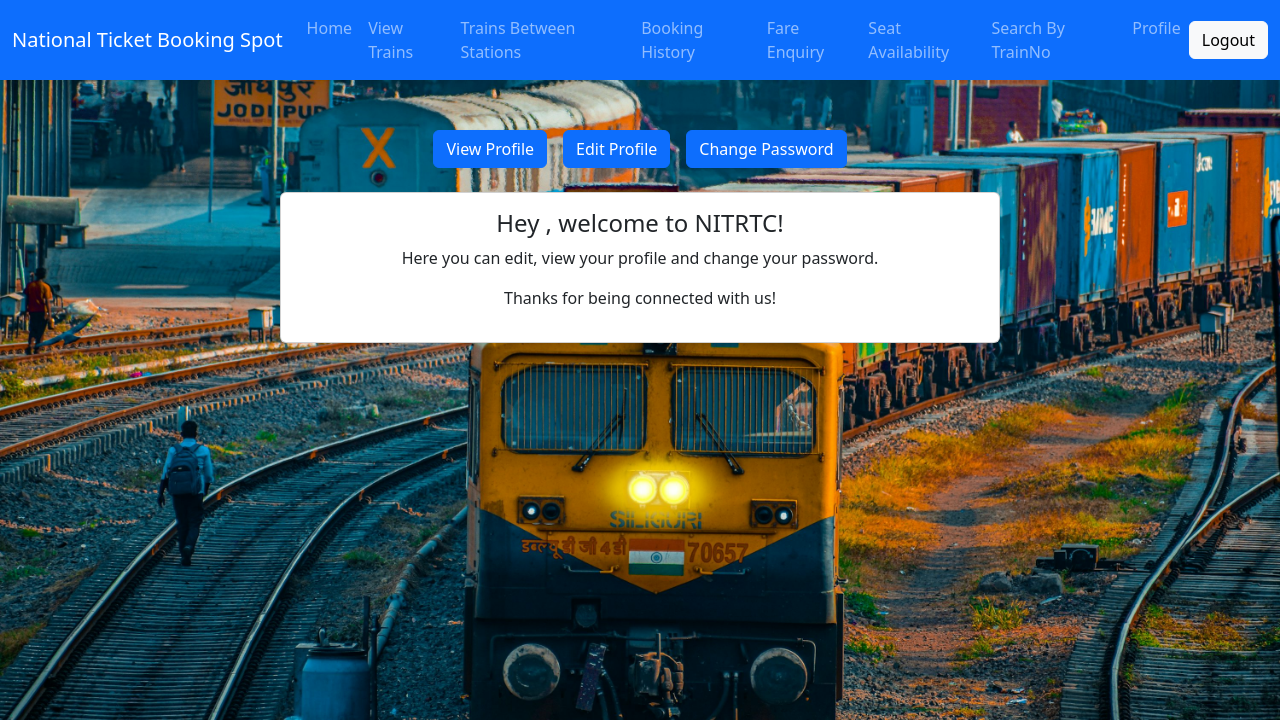
Repository: PrathamSahani/TMS-Sprint2
Page: http://localhost/TMS/UserHome.jsp
The author's editor kept a copy of each file at every save. The page is drawn from the files as they stood at one save, then again after the next save.
The browser window is 1280 px wide. The pictures show the whole page.
The page is served by Tomcat 10. Other server files are loaded and not shown.

Above is the page before, as saved 2025-04-25 19:03:11.

### Update/TMS/src/main/webapp/UserHome.jsp
<%@ page language="java" contentType="text/html; charset=UTF-8" pageEncoding="UTF-8"%>
<!DOCTYPE html>
<html>
<head>
  <meta charset="UTF-8">
  <title>Profile - National Ticket Booking Spot</title>
  <link href="https://cdn.jsdelivr.net/npm/bootstrap@5.3.0/dist/css/bootstrap.min.css" rel="stylesheet">
</head>
  <style>
    body {
      background: url('<%= request.getContextPath() %>/OP.jpeg') no-repeat center center fixed;
      background-size: cover;
    }
  </style>

<body class="d-flex flex-column min-vh-100">
  <!-- Navbar -->
  <nav class="navbar navbar-expand-lg navbar-dark bg-primary">
    <div class="container-fluid">
      <a class="navbar-brand" href="#">National Ticket Booking Spot</a>
      <button class="navbar-toggler" type="button" data-bs-toggle="collapse" data-bs-target="#navbarNav">
        <span class="navbar-toggler-icon"></span>
      </button>
      <div class="collapse navbar-collapse" id="navbarNav">
        <ul class="navbar-nav me-auto mb-2 mb-lg-0">
          <li class="nav-item"><a class="nav-link" href="${pageContext.request.contextPath}/userhome">Home</a></li>
          <li class="nav-item"><a class="nav-link" href="${pageContext.request.contextPath}/userviewtrainfwd">View Trains</a></li>
          <li class="nav-item"><a class="nav-link" href="${pageContext.request.contextPath}/trainbwstnfwd">Trains Between Stations</a></li>
          <li class="nav-item"><a class="nav-link" href="${pageContext.request.contextPath}/bookingdetails">Booking History</a></li>
          <li class="nav-item"><a class="nav-link" href="${pageContext.request.contextPath}/fareenqfwd">Fare Enquiry</a></li>
          <li class="nav-item"><a class="nav-link" href="${pageContext.request.contextPath}/useravailfwd">Seat Availability</a></li>
          <li class="nav-item"><a class="nav-link" href="${pageContext.request.contextPath}/usersearchtrain">Search By TrainNo</a></li>
          <li class="nav-item"><a class="nav-link" href="${pageContext.request.contextPath}/userhome">Profile</a></li>
        </ul>
        <div class="d-flex">
          <a class="btn btn-light" href="${pageContext.request.contextPath}/userlogout">Logout</a>
        </div>
      </div>
    </div>
  </nav>

  <main class="flex-fill">
    <div class="container d-flex flex-column justify-content-center align-items-center" style="margin-top:50px">
      <!-- optional alert -->


      <!-- action buttons -->
      <div class='d-flex justify-content-center mb-4 w-100'>
        <a href='${pageContext.request.contextPath}/viewuserprofile' class='btn btn-primary mx-2'>View Profile</a>
        <a href='${pageContext.request.contextPath}/edituserprofile' class='btn btn-primary mx-2'>Edit Profile</a>
        <a href='${pageContext.request.contextPath}/changeuserpassword' class='btn btn-primary mx-2'>Change Password</a>
      </div>

      <!-- welcome card -->
      <div class='row justify-content-center w-100'>
        <div class='col-md-8'>
          <div class='card shadow-sm'>
            <div class='card-body text-center'>
              <h4>Hey ${userName}, welcome to NITRTC!</h4>
              <p>Here you can edit, view your profile and change your password.</p>
              <p>Thanks for being connected with us!</p>
            </div>
          </div>
        </div>
      </div>
    </div>
  </main>

 <br><br>

  <script src="https://cdn.jsdelivr.net/npm/bootstrap@5.3.0/dist/js/bootstrap.bundle.min.js"></script>
</body>
</html>

After the next save:
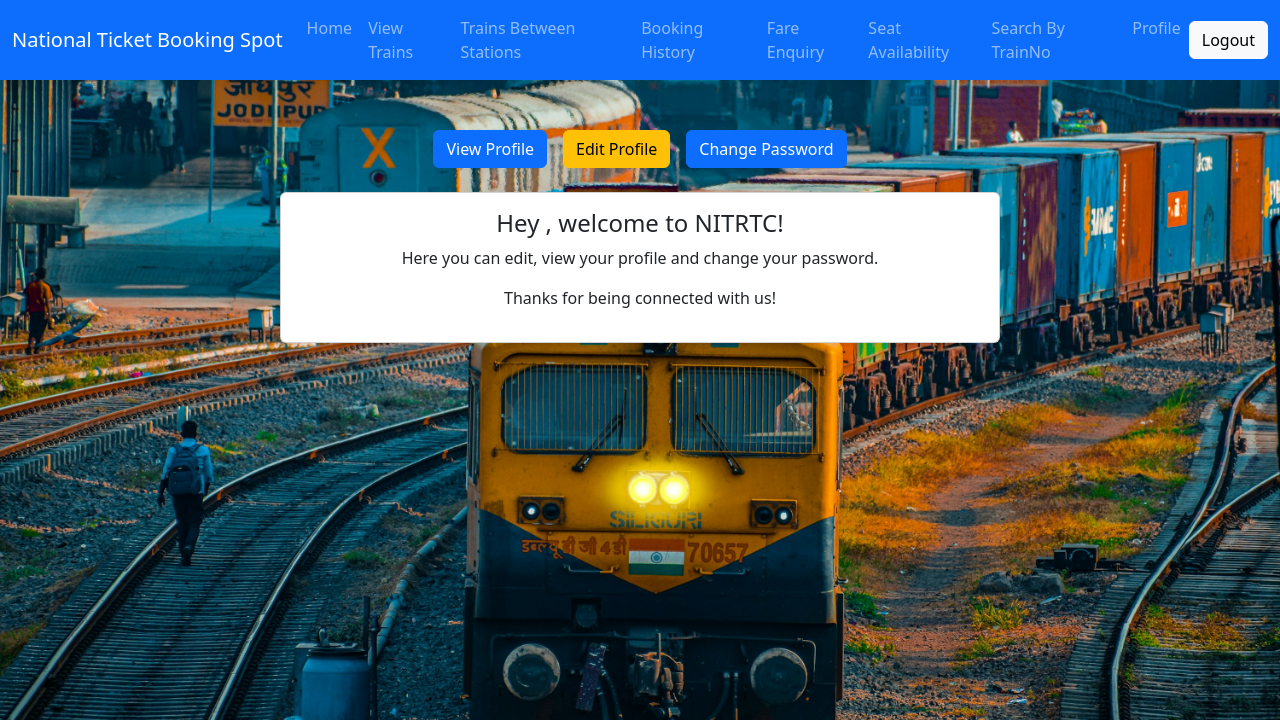
Saved 8 s later.
--- a/Update/TMS/src/main/webapp/UserHome.jsp
+++ b/Update/TMS/src/main/webapp/UserHome.jsp
@@ -47,7 +47,7 @@
       <!-- action buttons -->
       <div class='d-flex justify-content-center mb-4 w-100'>
         <a href='${pageContext.request.contextPath}/viewuserprofile' class='btn btn-primary mx-2'>View Profile</a>
-        <a href='${pageContext.request.contextPath}/edituserprofile' class='btn btn-primary mx-2'>Edit Profile</a>
+        <a href='${pageContext.request.contextPath}/edituserprofile' class='btn btn-warning mx-2'>Edit Profile</a>
         <a href='${pageContext.request.contextPath}/changeuserpassword' class='btn btn-primary mx-2'>Change Password</a>
       </div>
 
